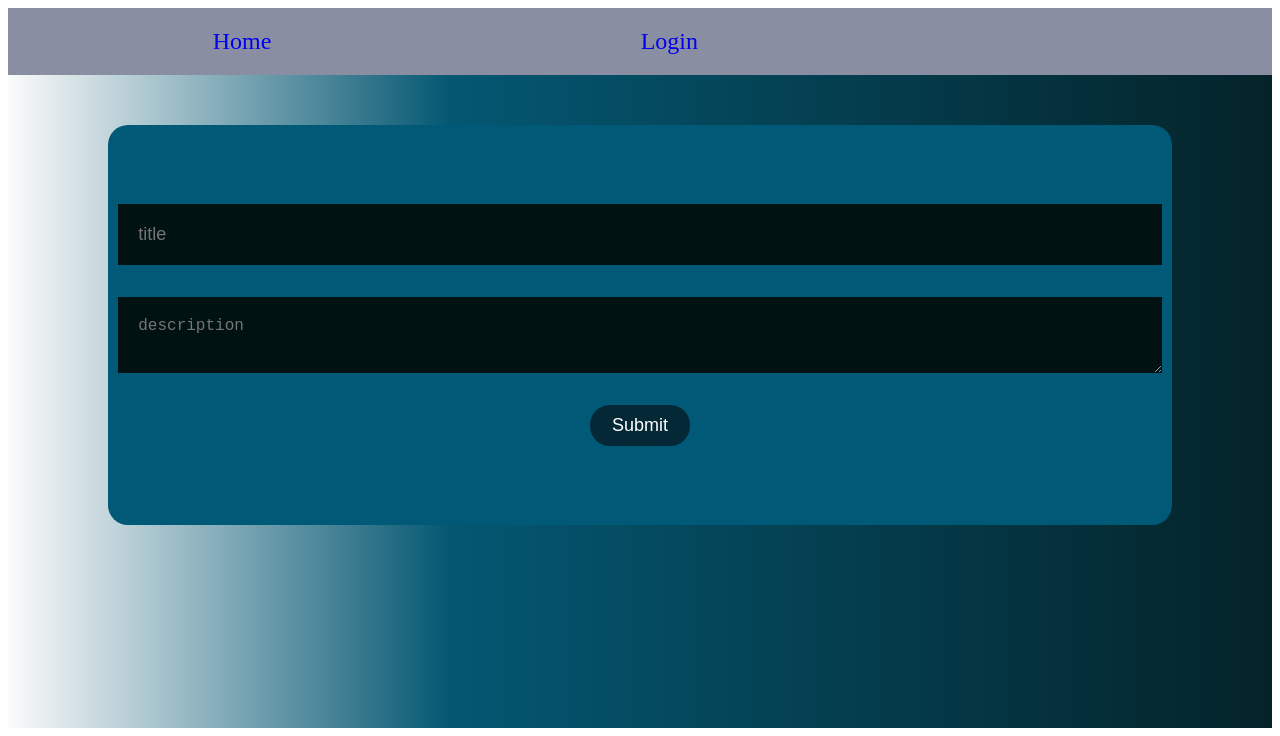
Repository: albinsabu2023/postapp
Page: /createpost
An editor plug-in stored every save of this project. The page is shown before and after the next save, followed by the edit.
The browser window is 1280 px wide. The pictures show the whole page.
The project was rebuilt for these pictures with package versions that can differ from the ones it lists, and the page was loaded fresh each time. Also part of the build but not shown: src/Components/main/PostCard.css, src/Components/main/PostCard.tsx, src/Components/main/Home.css, src/Components/main/Home.tsx, src/Components/Login.tsx.

Above is the page before, as saved 2024-02-06 03:09:13.

### src/App.tsx
import  {BrowserRouter as Router,Routes,Route} from "react-router-dom"
import './App.css';
import Home from "./Components/main/Home";
import Login from "./Components/Login";
import Navbar from "./Components/Navbar";
import CreatePosts from "./create-post/CreatePosts";


function App() {
  return (
    <div className="App">
      <Router>
         <Navbar/>
        <Routes>
          <Route path ="/" element={<Home/>}/>
          <Route path="/login" element={<Login/>}/>
          <Route path="/createpost" element={<CreatePosts/>}/>
        </Routes>
      </Router>
    </div>
  );
}

export default App;

### src/App.css
.App{
  background: linear-gradient(90deg, rgb(251, 251, 251) 0%, rgb(4, 87, 114) 35%, rgb(4, 35, 41) 100%);
  height: 100vh;

}

### src/Components/Navbar.tsx

import { Link } from 'react-router-dom'
import  "./Navbar.css"
import {auth } from  "../config/firebase"
import { useAuthState } from 'react-firebase-hooks/auth'
import { signOut } from 'firebase/auth'
function Navbar() {
    const  [user] =useAuthState(auth);
    const signUserOut =async ()=>{
        await signOut(auth);
    }
  return (
    <div className="navContainer">
        <Link to ="/">Home</Link>

        {
            !user ?
            <Link to ="Login">Login</Link> :
            <Link to ="/createpost">CreatePost</Link>
        }
        <div>
            {user&&
            <>
            <p>{user?.displayName}</p>
            <img src={user?.photoURL|| "" } alt="" width="30" height="30"
            />
            <button onClick={signUserOut}>Logout</button>
            </>
            }
        </div>


    </div>
  )
}

export default Navbar

### src/create-post/CreatePosts.tsx
import React from 'react'
import CreateForm from './CreateForm'
import "./CreatePost.css"
function CreatePosts() {



  return (
    <div  className="formContainer">
        <CreateForm />

    </div>
  )
}

export default CreatePosts

### src/config/firebase.ts
// Import the functions you need from the SDKs you need
import { initializeApp } from "firebase/app";
import {getAuth,GoogleAuthProvider} from "firebase/auth"
// Your web app's Firebase configuration
import {getFirestore} from "firebase/firestore"
const firebaseConfig = {
  apiKey: "AIzaSyAXzQPkCsYKttYouVkFv4r2aLbj-85i5zE",
  authDomain: "react-course-dd6fc.firebaseapp.com",
  projectId: "react-course-dd6fc",
  storageBucket: "react-course-dd6fc.appspot.com",
  messagingSenderId: "692642929267",
  appId: "1:692642929267:web:22ba5d27ba69920755e806"
};
// Initialize Firebase
const app = initializeApp(firebaseConfig);
export const auth=getAuth(app);
export const provider = new GoogleAuthProvider();
export const db =getFirestore(app)

### src/Components/Navbar.css
.navContainer{
    display: flex;
    align-items: center;
    justify-content: space-around;
    background-color: rgb(138, 142, 162);
    padding: 20px;



}
.navContainer :link{
    text-decoration:none;
    text-decoration-color: rgb(128, 127, 127);
    font-size: x-large;

}

### src/create-post/CreateForm.tsx
import React from 'react'
import "./CreateForm.css"
import  {useForm} from "react-hook-form"
import * as yup from "yup"
import {yupResolver} from "@hookform/resolvers/yup"
import {auth,db} from "../config/firebase"
import { useAuthState } from 'react-firebase-hooks/auth'
import { addDoc,collection } from 'firebase/firestore'
import { useNavigate } from 'react-router-dom'
interface CreateFormData {
  title:string,
  description:string,

}
function CreateForm() {
  const navigate =useNavigate();
  const [user]=useAuthState(auth);
  const schema =yup.object().shape({
    title:yup.string().required("hei enter title"),
    description:yup.string().required("enter the description"),


  })
  const postRef =collection (db,"posts");

  const  {register,handleSubmit,formState:{errors}}=useForm<CreateFormData>({
     resolver :yupResolver(schema),
  })
  const createpost =async (data:CreateFormData)=>{
    await addDoc(postRef,{
      title:data.title,
      description:data.description,
      username :user?.displayName,
      userId:user?.uid
    })
    navigate("/");

  }
  return (
    <form onSubmit ={handleSubmit(createpost)}>
      <input placeholder='title' {...register("title")}/>
      <p className="warning">{errors.title?.message}</p>
      <textarea placeholder='description' maxLength={60} {...register("description")}/>
      <p className='warning'>{errors.description?.message}</p>
      <input  className='submitButton' type="submit" />

    </form>
  )
}

export default CreateForm

### src/create-post/CreatePost.css
.formContainer{
    display: flex;
    flex-direction: column;
    align-items: center;
    justify-content: center;
    padding: 20px;
    margin: 10px;

}

### src/create-post/CreateForm.css
form{
    display: flex;
    flex-direction:column;
    padding: 20px;
    background-color: rgb(0, 89, 118);
    align-items: center;
    justify-content: center;
    margin: 20px;
    border-radius: 20px;
    width: 80vw;
    height: 50vh;
}
form input,textarea{
    background-color: rgb(0, 18, 18);
    padding: 20px;

    width: 98%;
    color: white;
    font-size: large;
    border: none;

}

form input,textarea:focus {
    outline:none
}
.submitButton{
    background-color:rgb(5, 40, 55);
    border-radius: 20px;
    width: 100px;
    cursor: pointer;
    padding: 10px;


}
.submitButton:hover {
    background-color: rgb(1, 4, 6);
    border-radius: 20px;
    width: 100px;
    cursor: pointer;


}

Loaded but not shown: public/index.html (common file); src/index.tsx (common file)

After the next save:
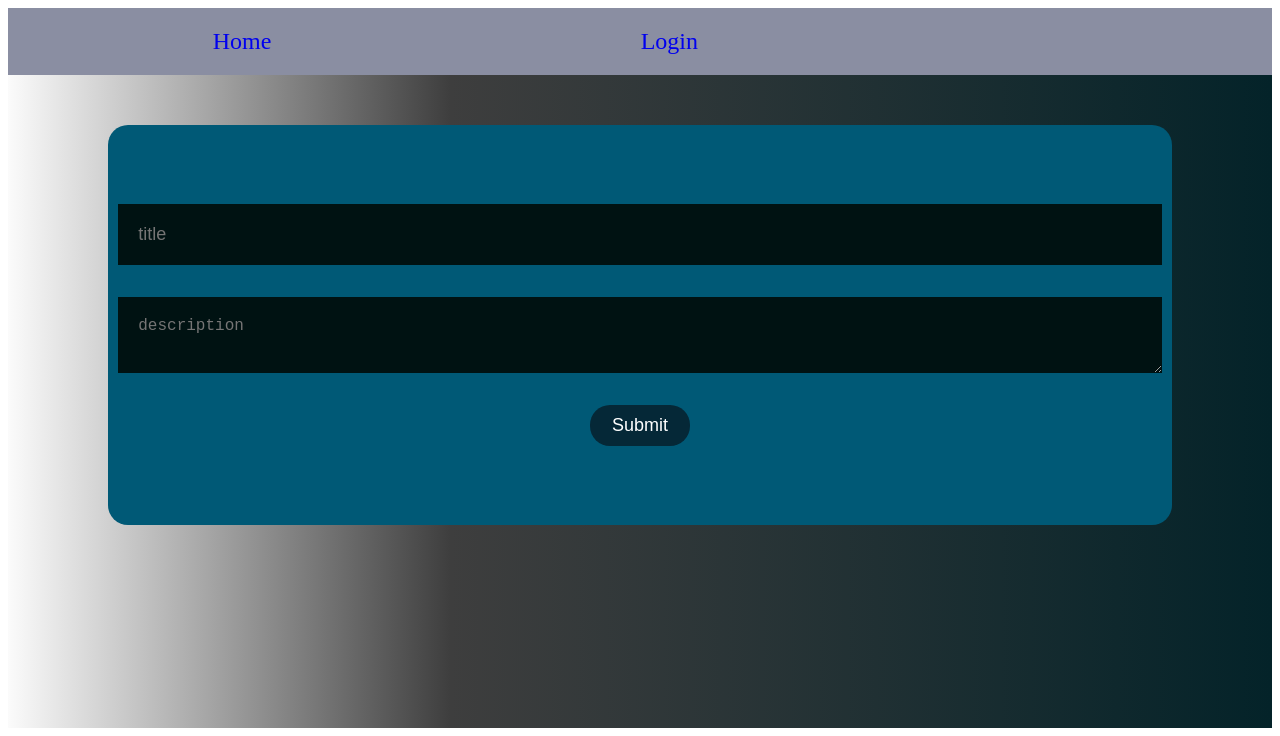
Saved 6 s later.
--- a/src/App.css
+++ b/src/App.css
@@ -1,5 +1,5 @@
 .App{
-  background: linear-gradient(90deg, rgb(251, 251, 251) 0%, rgb(4, 87, 114) 35%, rgb(4, 35, 41) 100%);
+  background: linear-gradient(90deg, rgb(251, 251, 251) 0%, rgb(62, 62, 62) 35%, rgb(4, 35, 41) 100%);
   height: 100vh;
 
 }
